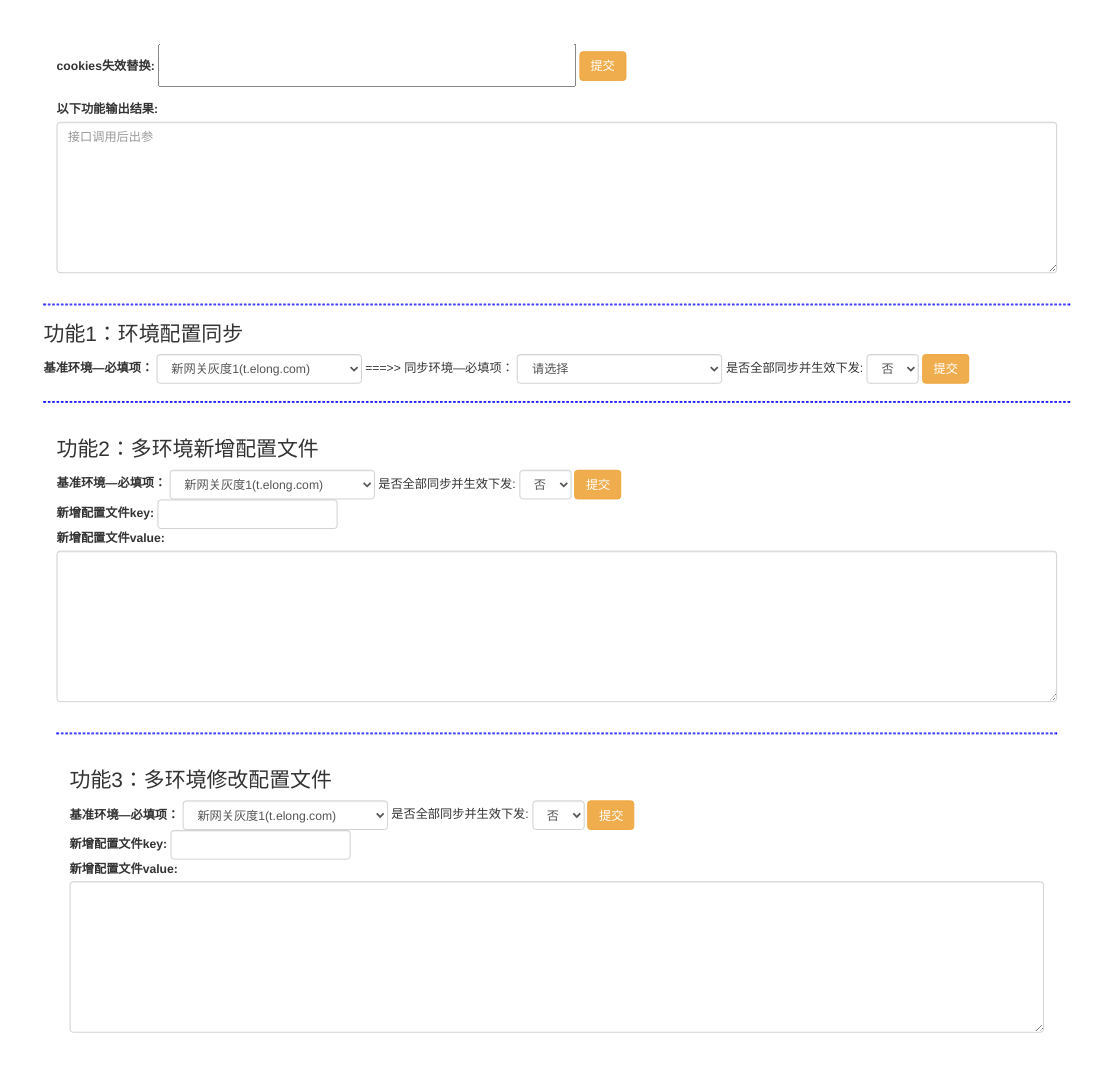
Repository: wangyanqing666/study
Page: test4.html
The author's editor kept a copy of each file at every save. The page is drawn from the files as they stood at one save, then again after the next save.
The browser window is 1280 px wide. The pictures show the whole page, at 87% of full size.
Some web libraries are served in a nearby version.

Above is the page before, as saved 2020-12-02 19:17:06.

### test4.html
<!DOCTYPE html>
<html lang="en">

<head>

    <meta charset="UTF-8">
    <meta name="viewport" content="width=device-width, initial-scale=1.0">
    <title>jean同步配置</title>
    <link rel="stylesheet" href="https://cdn.staticfile.org/twitter-bootstrap/3.3.7/css/bootstrap.min.css">
    <script src="https://cdn.staticfile.org/jquery/2.1.1/jquery.min.js"></script>
    <script src="https://cdn.staticfile.org/twitter-bootstrap/3.3.7/js/bootstrap.min.js"></script>
</head>

<body style="margin:50px">

    <div class="container-fluid " >

        <div class="form-group">
            <label class="control-label">cookies失效替换:</label>
            <input style="width:480px;height:50px;" type="text" id="key4" name="key4">
            <button type="button" class="btn btn-warning" id="tj4" onclick="recookies()">提交</button>
        </div>
        <form role="form">
            <div class="form-group">
                <label for="name">以下功能输出结果:</label>
                <!-- <textarea class="form-control" rows="3"></textarea> -->
                <textarea id="editor4" class="form-control" rows="8" placeholder="接口调用后出参" name="editor4"></textarea>
            </div>
        </form>
    </div>

    <hr style="border : 1px dashed blue;" />


    <!-- <div class="container-fluid"> -->

        <form class="form-inline">
            <h3>功能1：环境配置同步 </h3>

            <div class="form-group">
                <label for="name">基准环境—必填项：</label>
                <select class="form-control" id="baseenv" name="baseenv">
                    <option value="h1">新网关灰度1(t.elong.com)</option>
                    <option value="h2">新网关灰度2(huidu2.vip.elong)</option>
                    <option value="h3">新网关灰度3(huidu3.vip.elong)</option>
                </select>
                <span>===>></span>
                <span>同步环境—必填项：</span>
                <select class="form-control" id="synenv" name="synenv">
                    <option value="">请选择</option>
                    <option value="h1">新网关灰度1(t.elong.com)</option>
                    <option value="h2">新网关灰度2(huidu2.vip.elong)</option>
                    <option value="h3">新网关灰度3(huidu3.vip.elong)</option>
                </select>
                <span>是否全部同步并生效下发:</span>
                <select class="form-control" id="syn1" name="syn">
                    <option value=0>否</option>
                    <option value=1>是</option>
                </select>
                <button type="button" class="btn btn-warning" id="tj1" onclick="syscondata()">提交</button>
            </div>
        </form>

    </div>


<hr style="border : 1px dashed blue;" />


    <div class="container-fluid">
        <form class="form-inline">
            <h3>功能2：多环境新增配置文件 </h3>
            <div class="form-group">
                <label for="name">基准环境—必填项：</label>
                <select class="form-control" id="baseenv2" name="baseenv2">
                    <option value="h1">新网关灰度1(t.elong.com)</option>
                    <option value="h2">新网关灰度2(huidu2.vip.elong)</option>
                    <option value="h3">新网关灰度3(huidu3.vip.elong)</option>
                </select>
                <span>是否全部同步并生效下发:</span>
                <select class="form-control" id="syn2" name="syn2">
                    <option value=0>否</option>
                    <option value=1>是</option>
                </select>
                <button type="button" class="btn btn-warning" id="tj2" onclick="addcon()">提交</button>
        </form>
        <form class="form-inline">

            <div class="form-group">
                <label>新增配置文件key:</label>
                <input class="form-control" type="text" id="key2" name="key2">
            </div>
        </form>
    </div>

    <div class="container-fluid">
        <form class="form-horizontal" role="form">
            <div class="form-group">
                <label for="name">新增配置文件value:</label>
                <textarea id="editor2" class="form-control" rows="8" name="editor2"></textarea>
            </div>
        </form>
    </div>

<hr style="border : 1px dashed blue;" />

<div class="container-fluid">
    <form class="form-inline">
        <h3>功能3：多环境修改配置文件 </h3>
        <div class="form-group">
            <label for="name">基准环境—必填项：</label>
            <select class="form-control" id="baseenv3" name="baseenv3">
                <option value="h1">新网关灰度1(t.elong.com)</option>
                <option value="h2">新网关灰度2(huidu2.vip.elong)</option>
                <option value="h3">新网关灰度3(huidu3.vip.elong)</option>
            </select>
            <span>是否全部同步并生效下发:</span>
            <select class="form-control" id="syn3" name="syn3">
                <option value=0>否</option>
                <option value=1>是</option>
            </select>
            <button type="button" class="btn btn-warning" id="tj3" onclick="addcon()">提交</button>
    </form>
    <form class="form-inline">

        <div class="form-group">
            <label>新增配置文件key:</label>
            <input class="form-control" type="text" id="key3" name="key3">
        </div>
    </form>
</div>

<div class="container-fluid">
    <form class="form-horizontal" role="form">
        <div class="form-group">
            <label for="name">新增配置文件value:</label>
            <textarea id="editor3" class="form-control" rows="8" name="editor3"></textarea>
        </div>
    </form>
</div>








</body>

</html>

After the next save:
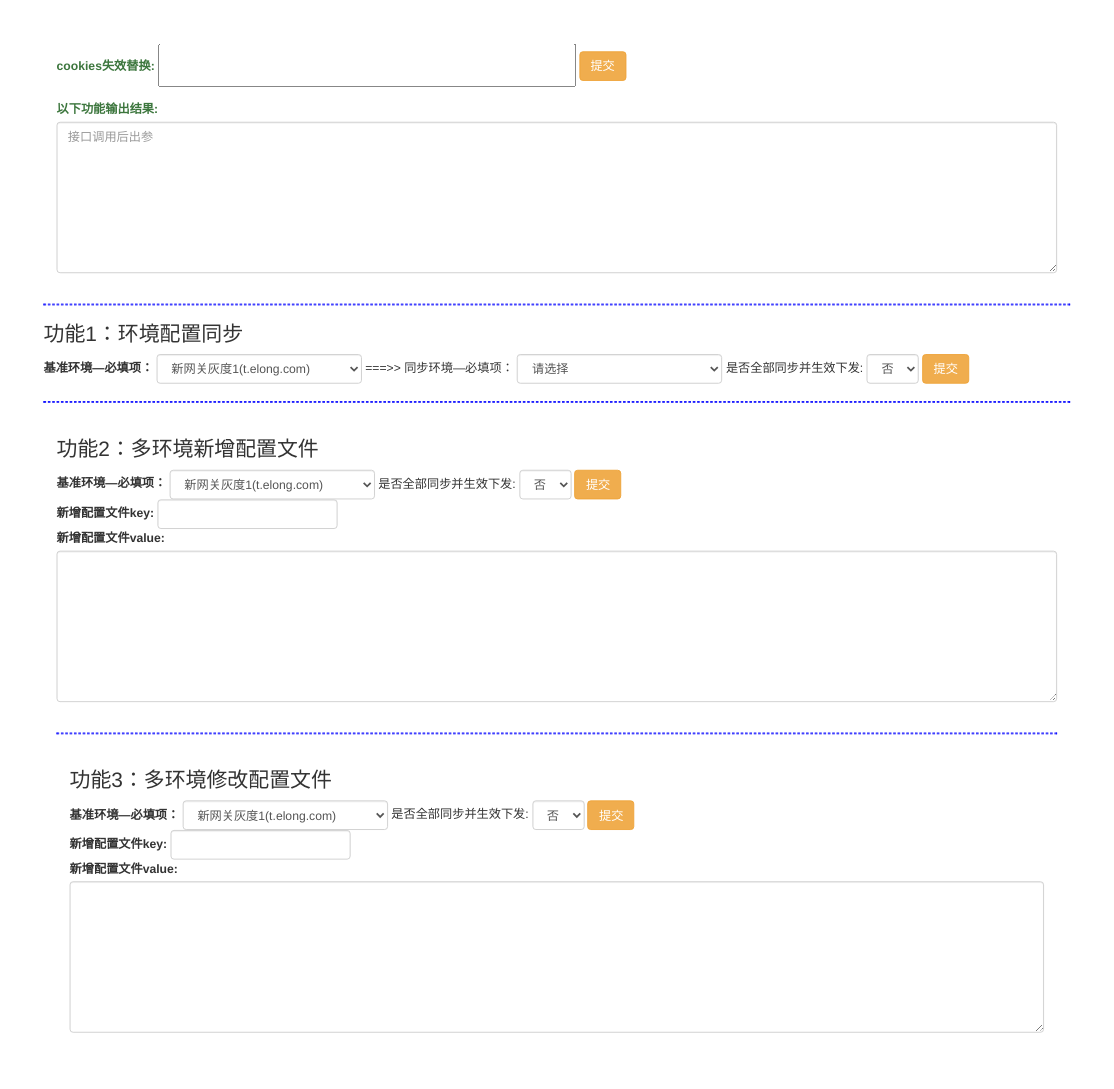
Saved 49 s later.
--- a/test4.html
+++ b/test4.html
@@ -13,7 +13,7 @@
 
 <body style="margin:50px">
 
-    <div class="container-fluid " >
+    <div class="container-fluid text-success " >
 
         <div class="form-group">
             <label class="control-label">cookies失效替换:</label>

After the save that followed:
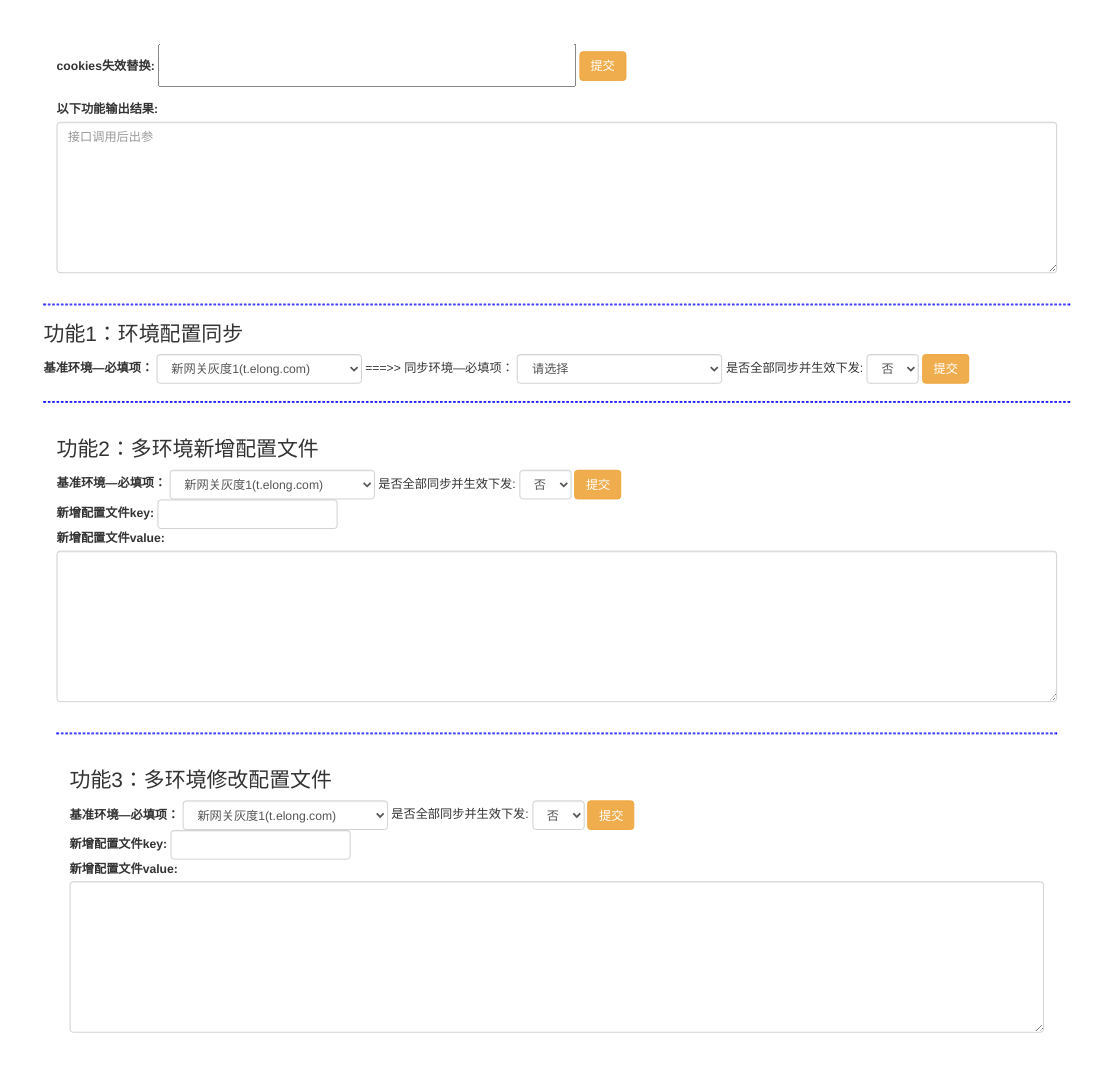
Saved 71 s later.
--- a/test4.html
+++ b/test4.html
@@ -13,7 +13,7 @@
 
 <body style="margin:50px">
 
-    <div class="container-fluid text-success " >
+    <div class="container-fluid ttext-warning " >
 
         <div class="form-group">
             <label class="control-label">cookies失效替换:</label>
